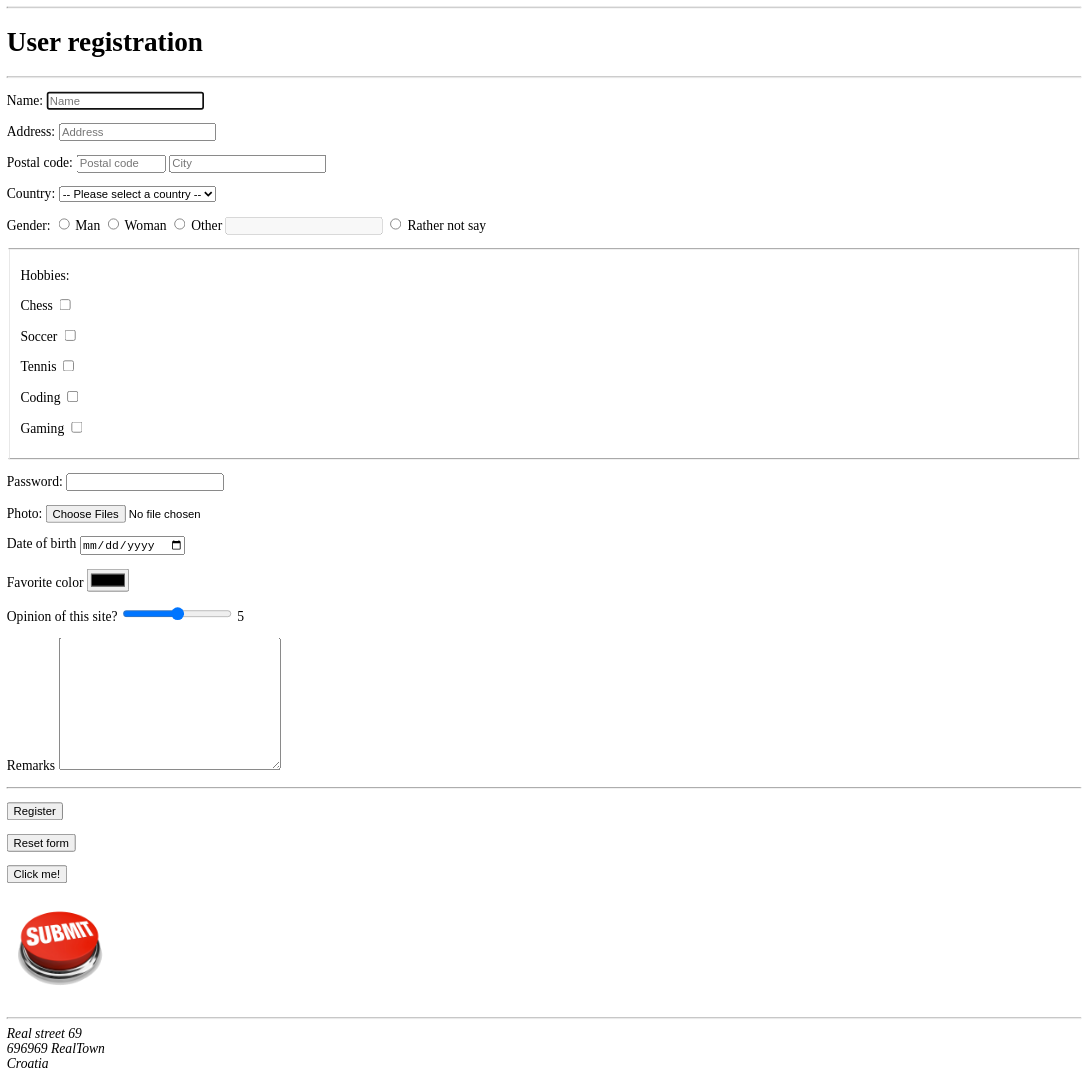
Repository: Filip-Husic/AW_frontend
Page: ex3Forms.html
The author's editor kept a copy of each file at every save. The page is drawn from the files as they stood at one save, then again after the next save.
The browser window is 1280 px wide. The pictures show the whole page, at 85% of full size.

Above is the page before, as saved 2022-11-23 14:52:55.

After the next save:
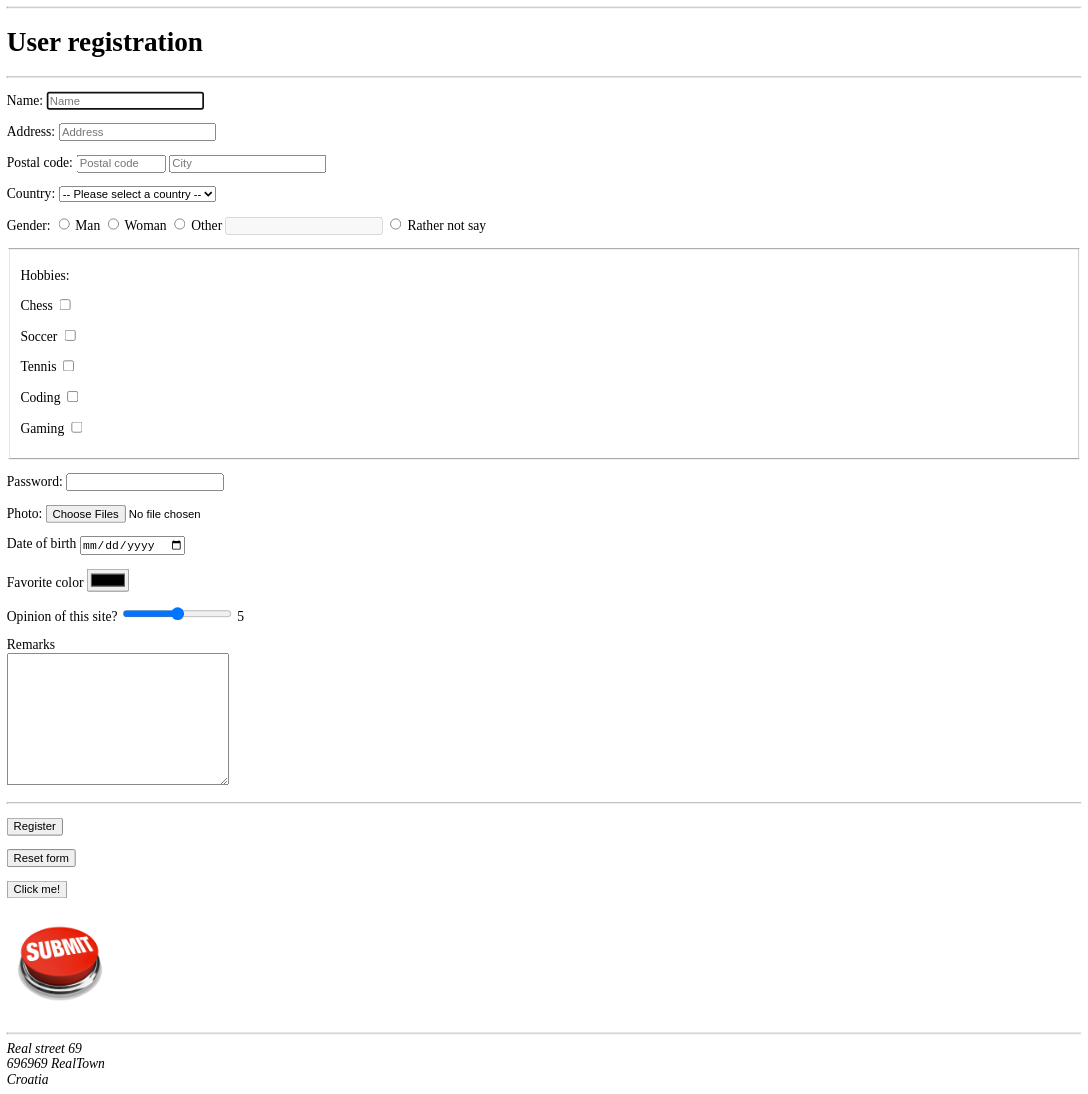
Saved 14 s later.
--- a/ex3Forms.html
+++ b/ex3Forms.html
@@ -94,7 +94,7 @@
             <output id="opinionValue">5</output>
         </p>
         <p>
-            <label for="remarks">Remarks</label>
+            <label for="remarks">Remarks</label><br>
             <textarea name="remarks" id="remarks" cols="30" rows="10"></textarea>
         </p>
         <hr>
